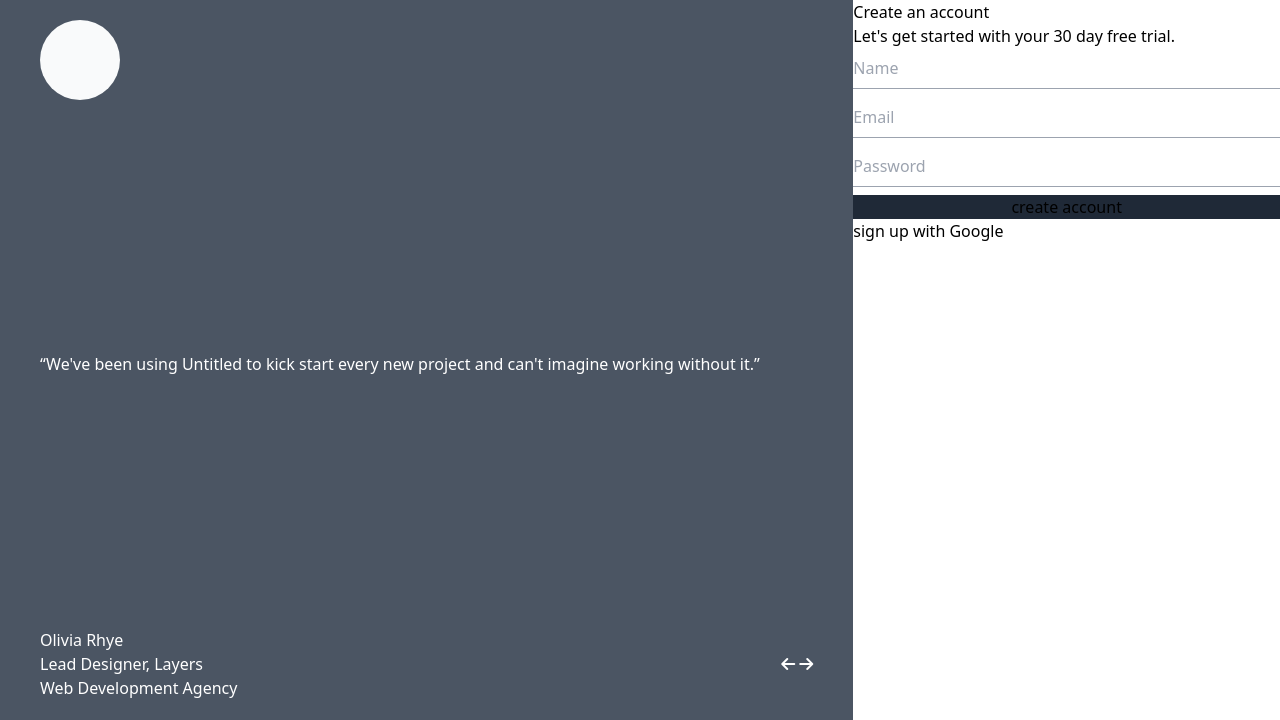
Repository: debthebuilder/youtube-html-contact-form-tailwindcss
Page: contact.html
These files come from the project's save history. The page is drawn as it stood at one moment and after the next save; the edit follows.
The browser window is 1280 px wide. The pictures show the whole page.
Some web libraries are served in a nearby version.

Above is the page before, as saved 2022-08-03 05:45:12.

After the next save:
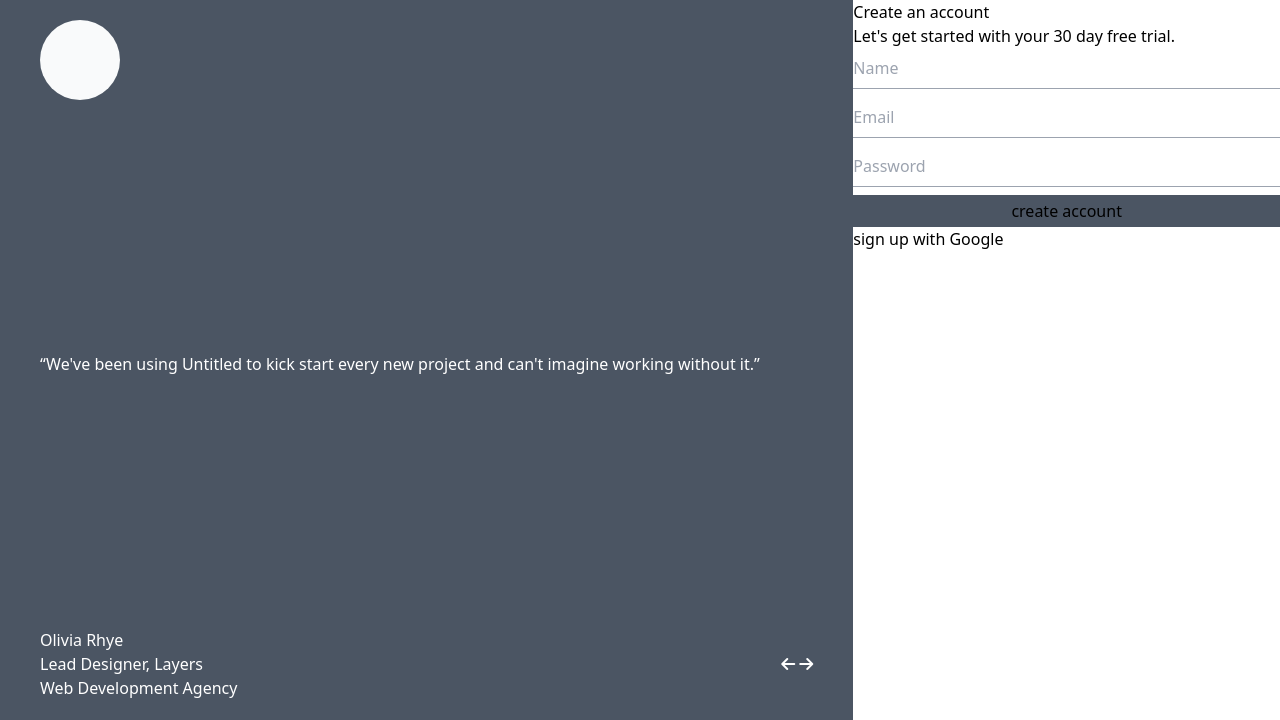
Saved 10 s later.
--- a/contact.html
+++ b/contact.html
@@ -40,7 +40,7 @@
                 <input type="text" name="name" placeholder="Name" class="w-full border-b border-gray-400 pb-2 focus:outline-none focus:border-0 focus:border-b-2 my-2">
                 <input type="email" name="email" placeholder="Email" class="w-full border-b border-gray-400 pb-2 focus:outline-none focus:border-0 focus:border-b-2 my-2">
                 <input type="password" name="password" placeholder="Password" class="w-full border-b border-gray-400 pb-2 focus:outline-none focus:border-0 focus:border-b-2 my-2">
-                <button class="block bg-gray-800 w-full">create account</button>
+                <button class="block bg-gray-600 w-full py-1">create account</button>
                 <button>sign up with Google</button>
             </form>
         </div>
